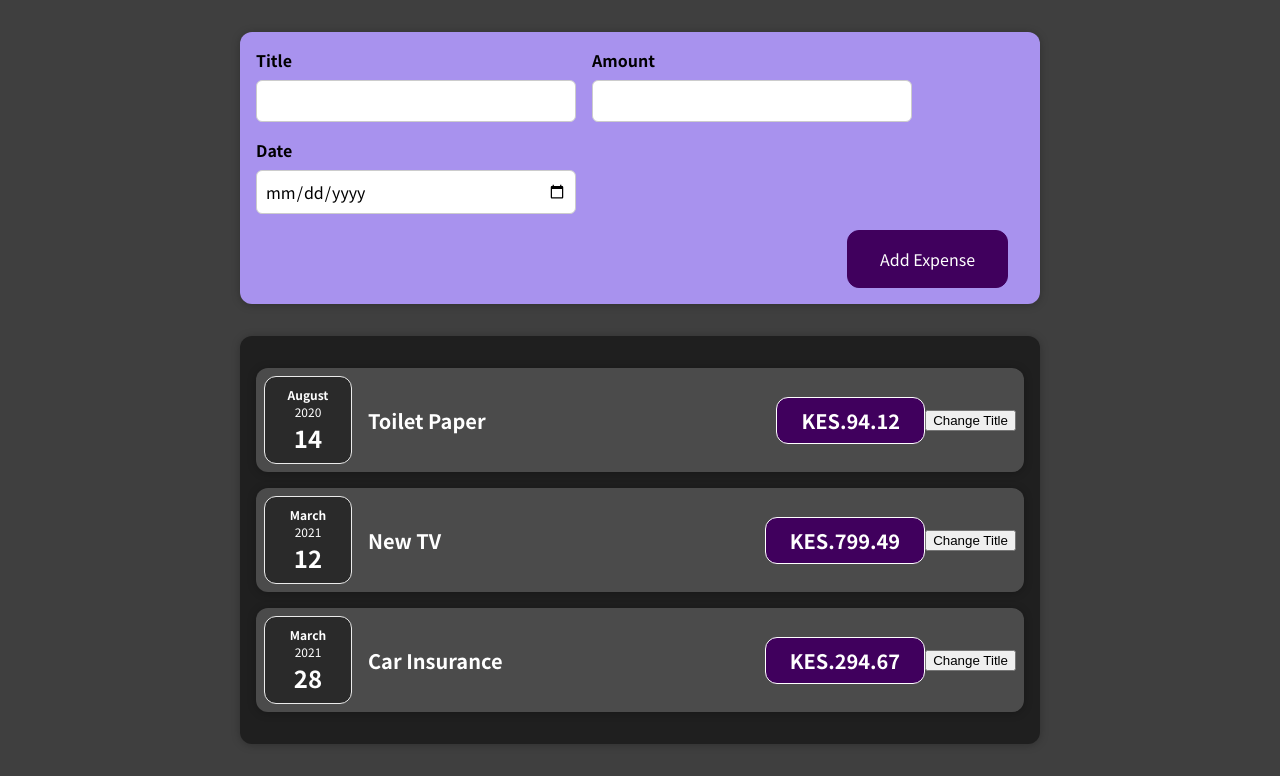
Repository: Samkiroko/expense-tracker-react
Page: /
These files come from the project's save history. The page is drawn as it stood at one moment and after the next save; the edit follows.
The browser window is 1280 px wide. The pictures show the whole page.
The project was rebuilt for these pictures with package versions that can differ from the ones it lists, and the page was loaded fresh each time.

Above is the page before, as saved 2021-06-09 08:00:33.

After the next save:
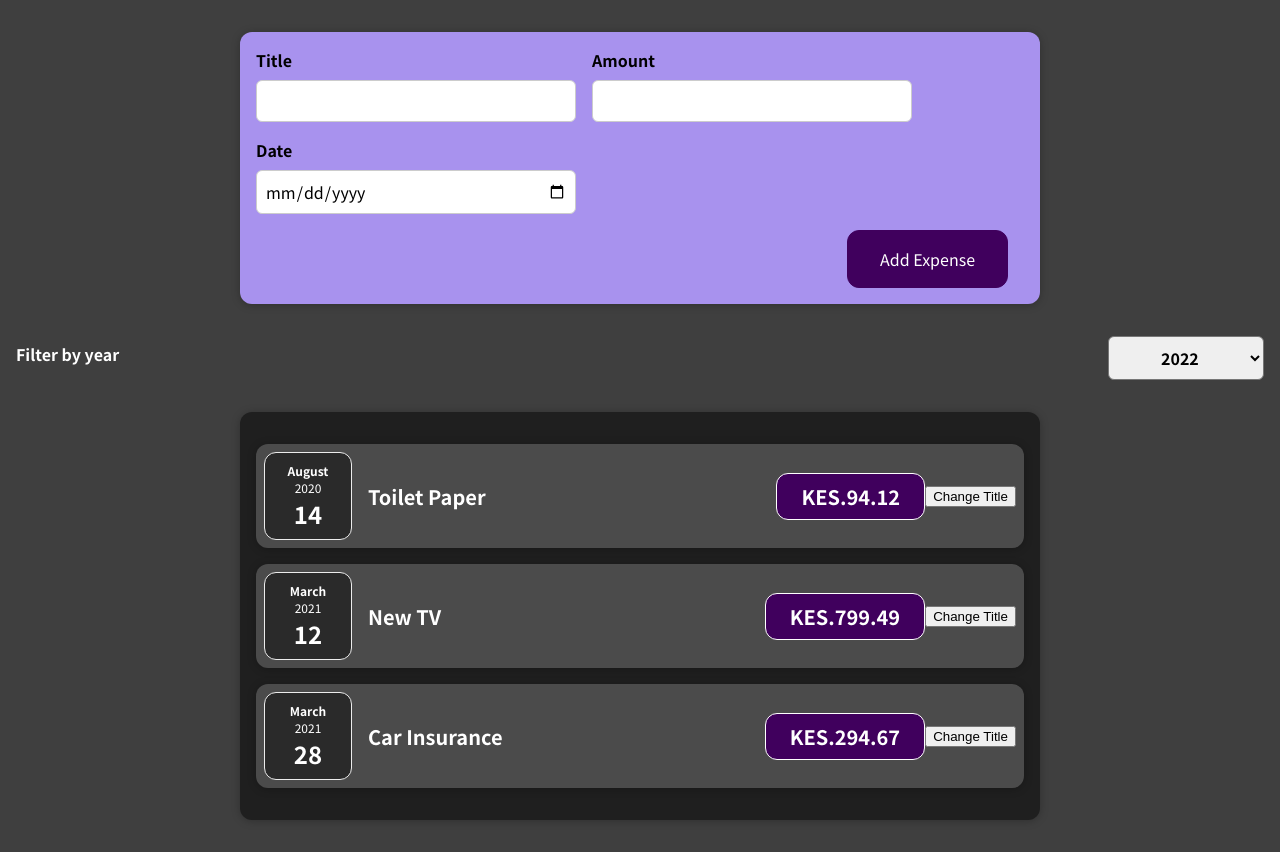
Saved 22 s later.
--- a/src/components/Expenses/Expenses.js
+++ b/src/components/Expenses/Expenses.js
@@ -2,11 +2,12 @@ import React from 'react'
 import Card from '../UI/Card'
 import ExpenseItem from './ExpenseItem'
 import './Expenses.css'
+import ExpensesFilter from './ExpensesFilter'
 
 function Expenses(props) {
   return (
     <div>
-      {' '}
+      <ExpensesFilter />
       <Card className='expenses'>
         <ExpenseItem title={props.items[0].title} amount={props.items[0].amount} date={props.items[0].date} />
         <ExpenseItem title={props.items[1].title} amount={props.items[1].amount} date={props.items[1].date} />
